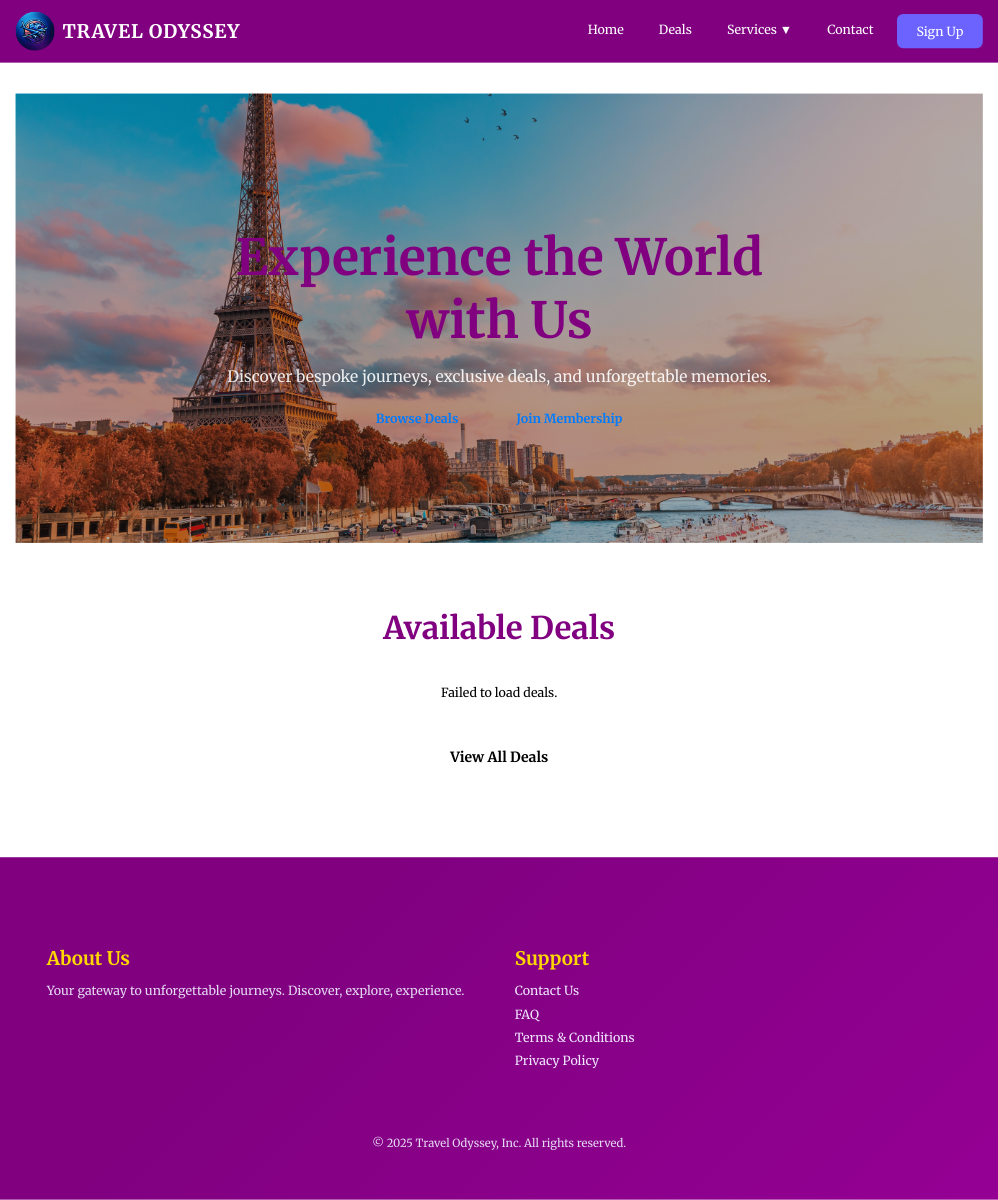
Repository: GHzPhoenix/Project-Odyssey
Page: Frontend/index.html
An editor plug-in stored every save of this project. The page is shown before and after the next save, followed by the edit.
The browser window is 1280 px wide. The pictures show the whole page, at 78% of full size.
The page's requests for data from a server got no answer.

Above is the page before, as saved 2025-06-09 01:29:12.

### Frontend/index.html
<!DOCTYPE html>
<html lang="en">
  <head>
    <meta charset="UTF-8" />
    <meta name="viewport" content="width=device-width, initial-scale=1.0" />
    <title>Travel Odyssey</title>
    <link rel="stylesheet" href="/Frontend/css/style.css" />
    <link rel="preconnect" href="https://fonts.googleapis.com" />
    <link rel="preconnect" href="https://fonts.gstatic.com" crossorigin />
    <link
      href="https://fonts.googleapis.com/css2?family=Merriweather:wght@300;400;700;900&display=swap"
      rel="stylesheet"
    />
  </head>
  <body>
    <header>
      <nav>
        <div class="logo">
          <img src="/Frontend/assets/your-logo.png" alt="Logo" />
          Travel Odyssey
        </div>
        <button
          class="menu-toggle"
          aria-label="Toggle navigation"
          onclick="toggleMenu()"
        >
          <div></div>
          <div></div>
          <div></div>
        </button>
        <ul class="nav-menu">
          <li><a href="index.html" class="active">Home</a></li>
          <li><a href="deals.html">Deals</a></li>
          <li class="dropdown-parent">
            <a href="#">Services ▼</a>
            <div class="dropdown">
              <a href="membership.html">Memberships</a>
              <a href="dream.html">Plan Your Trip</a>
              <a href="client-area.html">Client Area</a>
            </div>
          </li>
          <li><a href="contact.html">Contact</a></li>
          <li><a href="signup.html" class="signup-btn">Sign Up</a></li>
        </ul>
      </nav>
    </header>

    <main>
      <section class="hero">
        <div class="hero-content">
          <h1>Experience the World with Us</h1>
          <p>
            Discover bespoke journeys, exclusive deals, and unforgettable
            memories.
          </p>
          <div class="hero-buttons">
            <a href="deals.html" class="btn-primary">Browse Deals</a>
            <a href="membership.html" class="btn-outline">Join Membership</a>
          </div>
        </div>
      </section>

      <section class="preview-deals">
        <h2>Available Deals</h2>
        <div class="deals-container" id="home-deals"></div>
        <a href="deals.html" class="button-link">View All Deals</a>
      </section>
    </main>

    <footer class="footer">
      <div class="footer-container">
        <div class="footer-section">
          <h3>About Us</h3>
          <p>
            Your gateway to unforgettable journeys. Discover, explore,
            experience.
          </p>
        </div>
        <div class="footer-section">
          <h3>Support</h3>
          <ul>
            <li><a href="contact.html">Contact Us</a></li>
            <li><a href="faq.html">FAQ</a></li>
            <li><a href="terms.html">Terms & Conditions</a></li>
            <li><a href="privacy.html">Privacy Policy</a></li>
          </ul>
        </div>
      </div>
      <div class="footer-bottom">
        <p>© 2025 Travel Odyssey, Inc. All rights reserved.</p>
      </div>
    </footer>

    <script>
      function toggleMenu() {
        document.querySelector(".nav-menu").classList.toggle("active");
      }

      async function loadHomeDeals() {
        const container = document.getElementById("home-deals");
        container.innerHTML = "Loading…";
        try {
          const res = await fetch("http://127.0.0.1:5001/api/deals");
          if (!res.ok) throw new Error();
          const deals = await res.json();
          container.innerHTML = "";
          if (deals.length === 0) {
            container.innerHTML = "<p class='no-deals'>No deals available.</p>";
            return;
          }
          deals.slice(0, 3).forEach((deal) => {
            const card = document.createElement("div");
            card.className = "deal-card";
            const from = new Date(deal.start_date).toLocaleDateString();
            const to = new Date(deal.end_date).toLocaleDateString();
            card.innerHTML = `
              <img src="${deal.image_url}" alt="${deal.name}" />
              <div class="deal-card-body">
                <h3>${deal.name}</h3>
                <p>${from} – ${to}</p>
                <a href="client-area.html?deal=${deal.id}" class="card-button">Explore</a>
              </div>
            `;
            container.appendChild(card);
          });
        } catch {
          container.innerHTML = "<p class='no-deals'>Failed to load deals.</p>";
        }
      }

      document.addEventListener("DOMContentLoaded", loadHomeDeals);
    </script>
  </body>
</html>

Loaded but not shown: Frontend/css/style.css (1111 lines, source omitted)

After the next save:
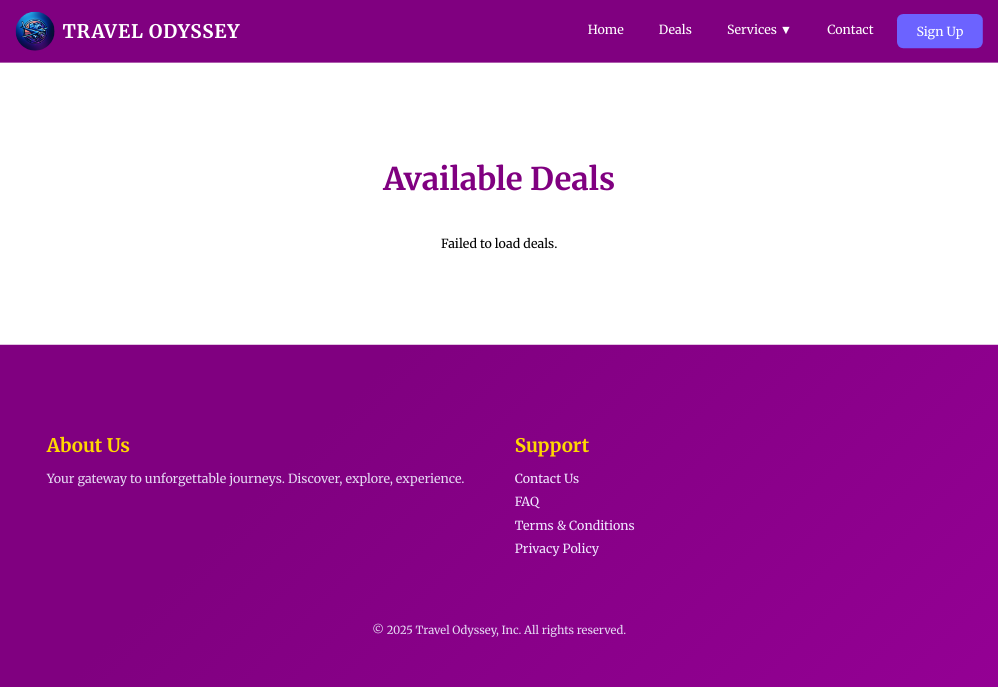
Saved 3 min 45 s later.
--- a/Frontend/index.html
+++ b/Frontend/index.html
@@ -46,24 +46,9 @@
     </header>
 
     <main>
-      <section class="hero">
-        <div class="hero-content">
-          <h1>Experience the World with Us</h1>
-          <p>
-            Discover bespoke journeys, exclusive deals, and unforgettable
-            memories.
-          </p>
-          <div class="hero-buttons">
-            <a href="deals.html" class="btn-primary">Browse Deals</a>
-            <a href="membership.html" class="btn-outline">Join Membership</a>
-          </div>
-        </div>
-      </section>
-
       <section class="preview-deals">
         <h2>Available Deals</h2>
-        <div class="deals-container" id="home-deals"></div>
-        <a href="deals.html" class="button-link">View All Deals</a>
+        <div class="deals-container" id="deals-container"></div>
       </section>
     </main>
 
@@ -81,7 +66,7 @@
           <ul>
             <li><a href="contact.html">Contact Us</a></li>
             <li><a href="faq.html">FAQ</a></li>
-            <li><a href="terms.html">Terms & Conditions</a></li>
+            <li><a href="terms.html">Terms &amp; Conditions</a></li>
             <li><a href="privacy.html">Privacy Policy</a></li>
           </ul>
         </div>
@@ -96,8 +81,8 @@
         document.querySelector(".nav-menu").classList.toggle("active");
       }
 
-      async function loadHomeDeals() {
-        const container = document.getElementById("home-deals");
+      async function loadDeals() {
+        const container = document.getElementById("deals-container");
         container.innerHTML = "Loading…";
         try {
           const res = await fetch("http://127.0.0.1:5001/api/deals");
@@ -108,19 +93,29 @@
             container.innerHTML = "<p class='no-deals'>No deals available.</p>";
             return;
           }
-          deals.slice(0, 3).forEach((deal) => {
+          deals.forEach((deal) => {
+            const from = new Date(deal.start_date).toLocaleDateString();
+            const to = new Date(deal.end_date).toLocaleDateString();
             const card = document.createElement("div");
             card.className = "deal-card";
-            const from = new Date(deal.start_date).toLocaleDateString();
-            const to = new Date(deal.end_date).toLocaleDateString();
             card.innerHTML = `
-              <img src="${deal.image_url}" alt="${deal.name}" />
+              ${
+                deal.badge
+                  ? `<div class="badge ${deal.badge
+                      .toLowerCase()
+                      .replace(/\s+/g, "-")}">
+                     ${deal.badge}
+                   </div>`
+                  : ""
+              }
+              <img src="${deal.image_url}" alt="${deal.name}"/>
               <div class="deal-card-body">
                 <h3>${deal.name}</h3>
                 <p>${from} – ${to}</p>
-                <a href="client-area.html?deal=${deal.id}" class="card-button">Explore</a>
-              </div>
-            `;
+                <a href="client-area.html?deal=${
+                  deal.id
+                }" class="card-button">Explore</a>
+              </div>`;
             container.appendChild(card);
           });
         } catch {
@@ -128,7 +123,7 @@
         }
       }
 
-      document.addEventListener("DOMContentLoaded", loadHomeDeals);
+      document.addEventListener("DOMContentLoaded", loadDeals);
     </script>
   </body>
 </html>
